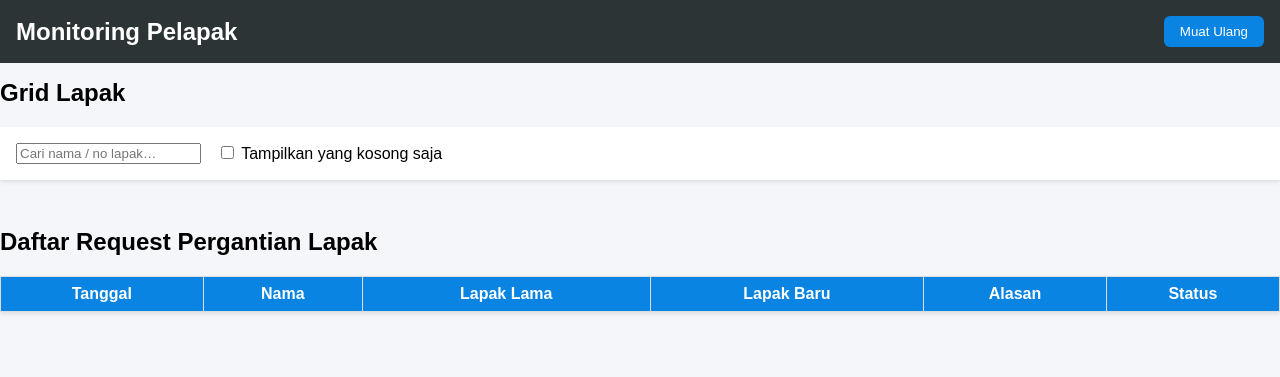
Repository: pasarrakyatbangetayukulon/lapak
Page: index.html
An editor plug-in stored every save of this project. The page is shown before and after the next save, followed by the edit.
The browser window is 1280 px wide. The pictures show the whole page.
The page's requests for data from a server got no answer.

Above is the page before, as saved 2025-09-08 18:05:37.

After the next save:
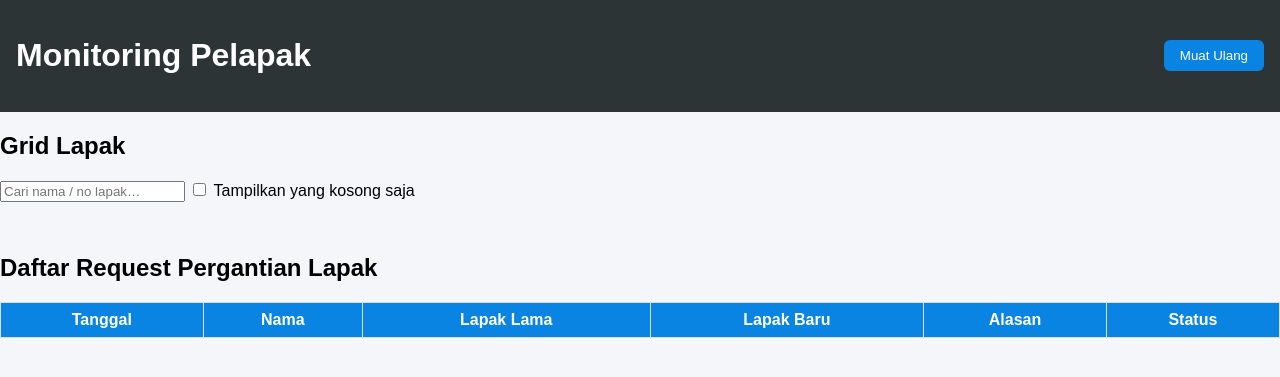
Saved 10 s later.
--- a/styles.css
+++ b/styles.css
@@ -1,7 +1,6 @@
 body {
     font-family: Arial, sans-serif;
     margin: 0;
-    padding: 0;
     background: #f5f6fa;
 }
 
@@ -12,15 +11,6 @@ header {
     display: flex;
     justify-content: space-between;
     align-items: center;
-}
-
-h1 {
-    margin: 0;
-    font-size: 1.5rem;
-}
-
-h2 {
-    margin-top: 1rem;
 }
 
 button {
@@ -36,33 +26,22 @@ button:hover {
     background: #74b9ff;
 }
 
-.toolbar {
-    display: flex;
-    gap: 1rem;
-    padding: 1rem;
-    background: white;
-    box-shadow: 0 2px 4px rgba(0, 0, 0, 0.1);
-}
-
 .stall-grid {
     display: grid;
-    grid-template-columns: repeat(auto-fill, minmax(120px, 1fr));
-    gap: 0.75rem;
+    grid-template-columns: repeat(auto-fill, minmax(160px, 1fr));
+    gap: 1rem;
     padding: 1rem;
 }
 
 .stall-card {
     background: white;
     border-radius: 8px;
+    padding: 0.75rem;
     box-shadow: 0 2px 4px rgba(0, 0, 0, 0.1);
-    padding: 0.75rem;
+    display: flex;
+    flex-direction: column;
+    justify-content: space-between;
     text-align: center;
-    cursor: pointer;
-    transition: transform 0.2s;
-}
-
-.stall-card:hover {
-    transform: scale(1.05);
 }
 
 .stall-card.empty {
@@ -70,13 +49,18 @@ button:hover {
     color: #636e72;
 }
 
-/* Tabel Request */
+.stall-card strong {
+    font-size: 1.2rem;
+    display: block;
+    margin-bottom: 0.5rem;
+}
+
+/* Table */
 #requestTable {
     width: 100%;
     border-collapse: collapse;
     margin: 1rem 0;
     background: white;
-    box-shadow: 0 2px 4px rgba(0, 0, 0, 0.1);
 }
 
 #requestTable th,
@@ -91,6 +75,7 @@ button:hover {
     color: white;
 }
 
+/* Modal */
 #requestModal {
     border: none;
     border-radius: 8px;
